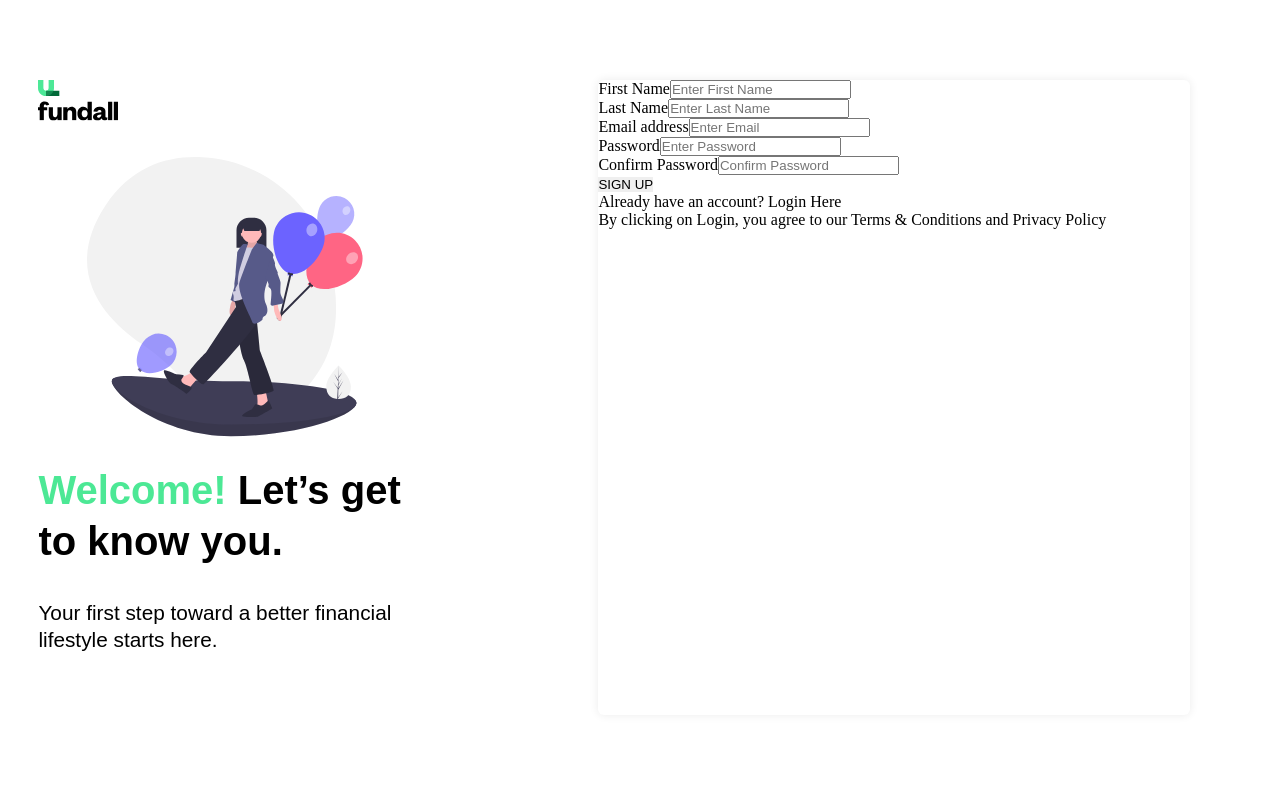
Repository: nilesjamex/niffty
Page: /signup
The author's editor kept a copy of each file at every save. The page is drawn from the files as they stood at one save, then again after the next save.
The browser window is 1280 px wide. The pictures show the whole page.
The project was rebuilt for these pictures with package versions that can differ from the ones it lists, and the page was loaded fresh each time. Also part of the build but not shown: src/components/Nav.vue, src/views/Home.vue.

Above is the page before, as saved 2022-04-16 18:36:23.

### src/main.js
import { createApp } from 'vue'
import App from './App.vue'
import router from './router'
import '@/styles/global.scss'

createApp(App).use(router).mount('#app')

### src/App.vue
<template>

  <router-view/>
</template>
<script>
// @ is an alias to /src

export default {
  components: {
  }
}
</script>
<style lang="scss">


#nav {
  padding: 30px;

  a {
    font-weight: bold;
    color: #2c3e50;

    &.router-link-exact-active {
      color: #42b983;
    }
  }
}
</style>

### src/router/index.js
import { createRouter, createWebHistory } from 'vue-router'
import Home from '../views/Home.vue';
import SignUp from '../views/SignUp.vue'

const routes = [
  {
    path: '/',
    name: 'Home',
    component: Home
  },
  {
    path: '/signup',
    name: 'signup',
    component: SignUp
  }
]

const router = createRouter({
  history: createWebHistory(process.env.BASE_URL),
  routes
})

export default router

### src/styles/global.scss
@import './variables';
@import './mixins.scss';
@import './_typography.scss';
* {
    margin: 0;
    padding: 0;
    box-sizing: border-box;
    max-width: 100vw;
}
@font-face {
    font-family: "CircularStd";
    src: local(CircularStd) url(../fonts/circular-std-medium-500.ttf) format(opentype);
}
button {
    border: none;
    outline: none;
}
a {
    color: inherit;
    text-decoration: none;
}
li {
    list-style: none;
}
.button--signup {
    width: 98.01px;
    height: 42px;
    background: $access-bg;
    border-radius: 10px;
    @include flex(center, center);
    @include access {

    }
}

### src/views/SignUp.vue
<template>
  <section class="signup">
      <div class="signup--box">
          <div class="signup--intro">
              <div class="signup--intro--logo">
                  <img src="@/assets/logo.svg" alt="">
              </div>
              <div class="signup--intro--content">
                  <div class="signup--intro--content--img">
                      <img src="@/assets/girl.svg" alt="">
                  </div>
                  <div class="signup--intro--content--text">
                      <h2>
                          <span>Welcome!</span> Let’s get to know you.
                      </h2>
                      <p>
                          Your first step toward a better financial lifestyle starts here.
                      </p>
                  </div>
              </div>
          </div>
          <!-- form -->
          <div class="signup--form">
              <form action="">
                  <div class="signup--form--container">
                      <div class="signup--form--name--box">
                          <div class="signup--form--name">
                              <label>First Name</label>
                              <input type="text" name="" placeholder="Enter First Name" id="">
                          </div>
                          <div class="signup--form--name">
                              <label>Last Name</label>
                              <input type="text" name="" placeholder="Enter Last Name" id="">
                          </div>
                      </div>
                      <div class="signup--form--input">
                          <label>Email address</label>
                          <input type="email" name="" placeholder="Enter Email" id="">
                      </div>
                      <div class="signup--form--input">
                          <label>Password</label>
                          <input type="password" name="" placeholder="Enter Password" id="">
                      </div>
                      <div class="signup--form--input">
                          <label>Confirm Password</label>
                          <input type="password" name="" placeholder="Confirm Password" id="">
                      </div>
                      <button class="button--submit">
                          SIGN UP
                      </button>
                      <div class="signup--form--login">
                          <p>
                              Already have an account? <span>Login Here</span>
                          </p>
                      </div>
                  </div>
              </form>
               <div class="signup--form--terms">
              <p>
                  By clicking on Login, you agree to our Terms & Conditions and Privacy Policy
              </p>
          </div>
          </div>
      </div>
  </section>
</template>

<script>
export default {

}
</script>

<style lang="scss" scoped>
@import '@/styles/mixins.scss';
@import '@/styles/_variables.scss';
@import '@/styles/_typography.scss';
.signup {
    padding: 5rem 7% 5rem 3%;
}
.signup--box {
    @include flex(space-between,);
}
.signup--intro--content {
    width: 100%;
    margin-top: 2rem;
}
.signup--intro--content {
    text-align: center;
}
.signup--intro--content--text {
    text-align: left;
    h2 {
        width: 369px;
        margin-top: 1.5rem;
        @include heading1 {
        }
        span {
             @include heading1 {
            color: $access-bg;
        }
        }
    }
    p {
        @include caption;
        width: 374px;
        margin-top: 2rem;
    }
}
.signup--form {
    background: #FFFFFF;
    box-shadow: 0px 0px 10px rgba(0, 0, 0, 0.082937);
    border-radius: 6px;
    width: 592px;
    height: 635px;
}
</style>

### src/styles/_variables.scss
// colors
$access-bg: #4CE895;

### src/styles/mixins.scss
@mixin flex($justify: flex-start, $align: flex-start) {
    display: flex;
    justify-content: $justify;
    align-items: $align;
}

### src/styles/_typography.scss
@mixin access {
    font-family: 'CircularStd', sans-serif;
    font-size: 1.125rem;
    line-height: 23px;
    color: #000000;
    @content;
}
@mixin heading1 {
    font-family: 'CircularStd', sans-serif;
    font-size: 2.5rem;
    line-height: 51px;
    color: #000000;
    @content;
}
@mixin heading2 {
    font-family: 'CircularStd', sans-serif;
    font-size: 1.5rem;
    line-height: 30px;
    color: #000000;
    @content;
}
@mixin caption {
    font-family: 'CircularStd', sans-serif;
    font-size: 1.3rem;
    line-height: 27px;
    color: #000000;
    @content;
}

Loaded but not shown: public/index.html (common file)

After the next save:
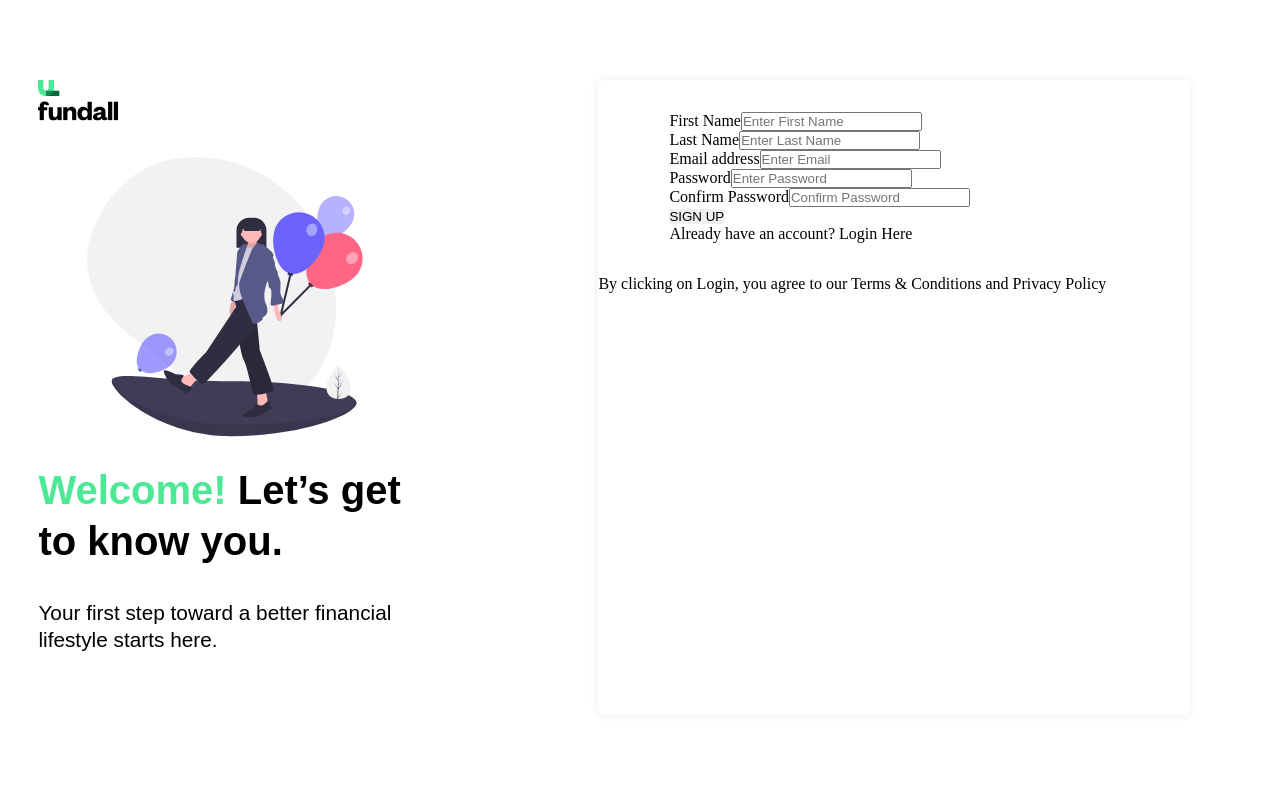
Saved 95 s later.
--- a/src/views/SignUp.vue
+++ b/src/views/SignUp.vue
@@ -114,4 +114,8 @@ export default {
     width: 592px;
     height: 635px;
 }
+.signup--form--container {
+    margin: 2rem auto;
+    width: 450px;
+}
 </style>
